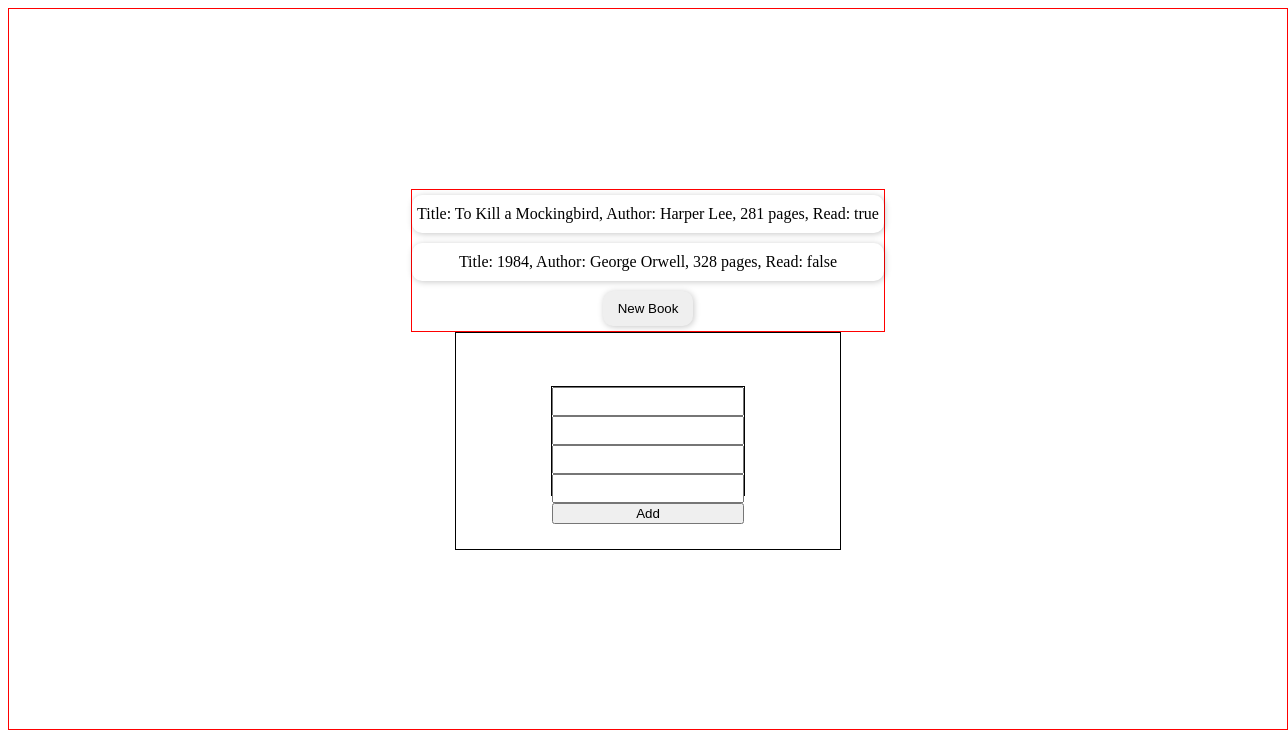
Repository: kocokoy/library
Page: index.html
These files come from the project's save history. The page is drawn as it stood at one moment and after the next save; the edit follows.
The browser window is 1280 px wide. The page is 1288 px wide, so the pictures cover 1288 px, including what lies to the right of the window. The pictures show the whole page.

Above is the page before, as saved 2024-11-06 09:13:52.

After the next save:
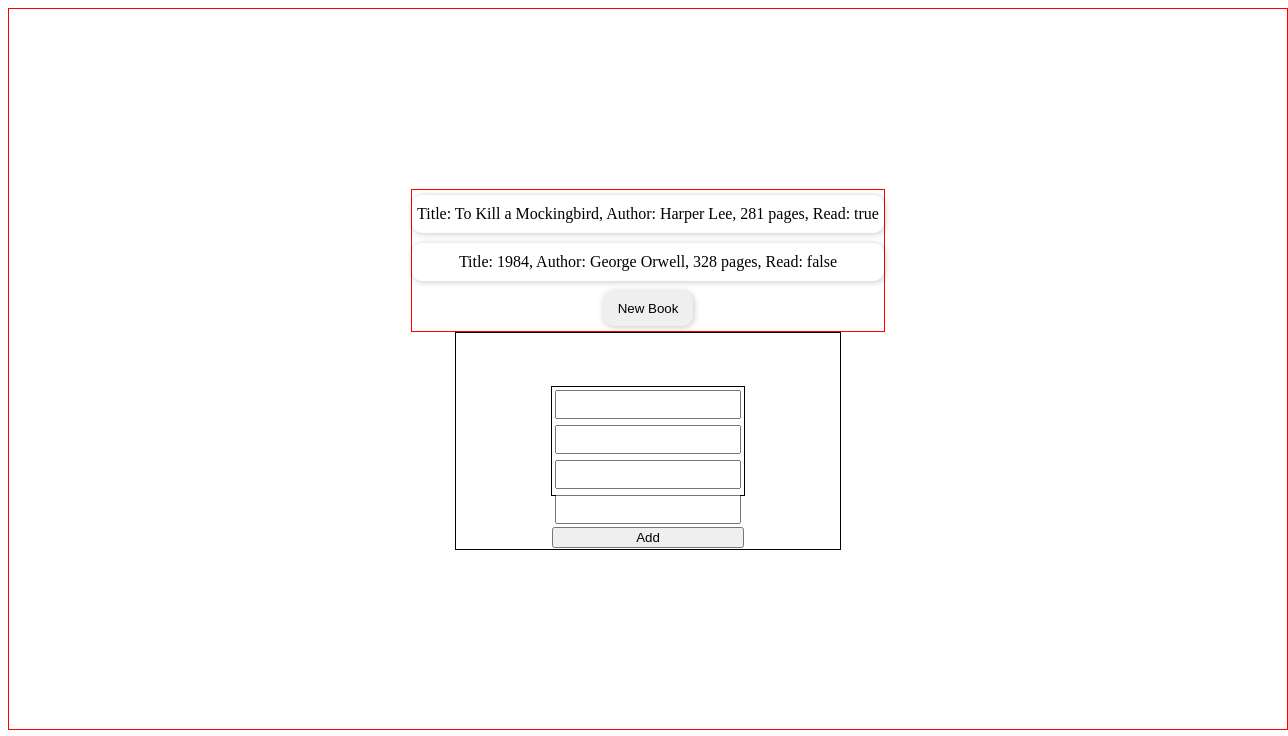
Saved 11 s later.
--- a/style.css
+++ b/style.css
@@ -67,4 +67,5 @@ body{
 
 input{
   padding: 5px;
+  margin: 3px;
 }
